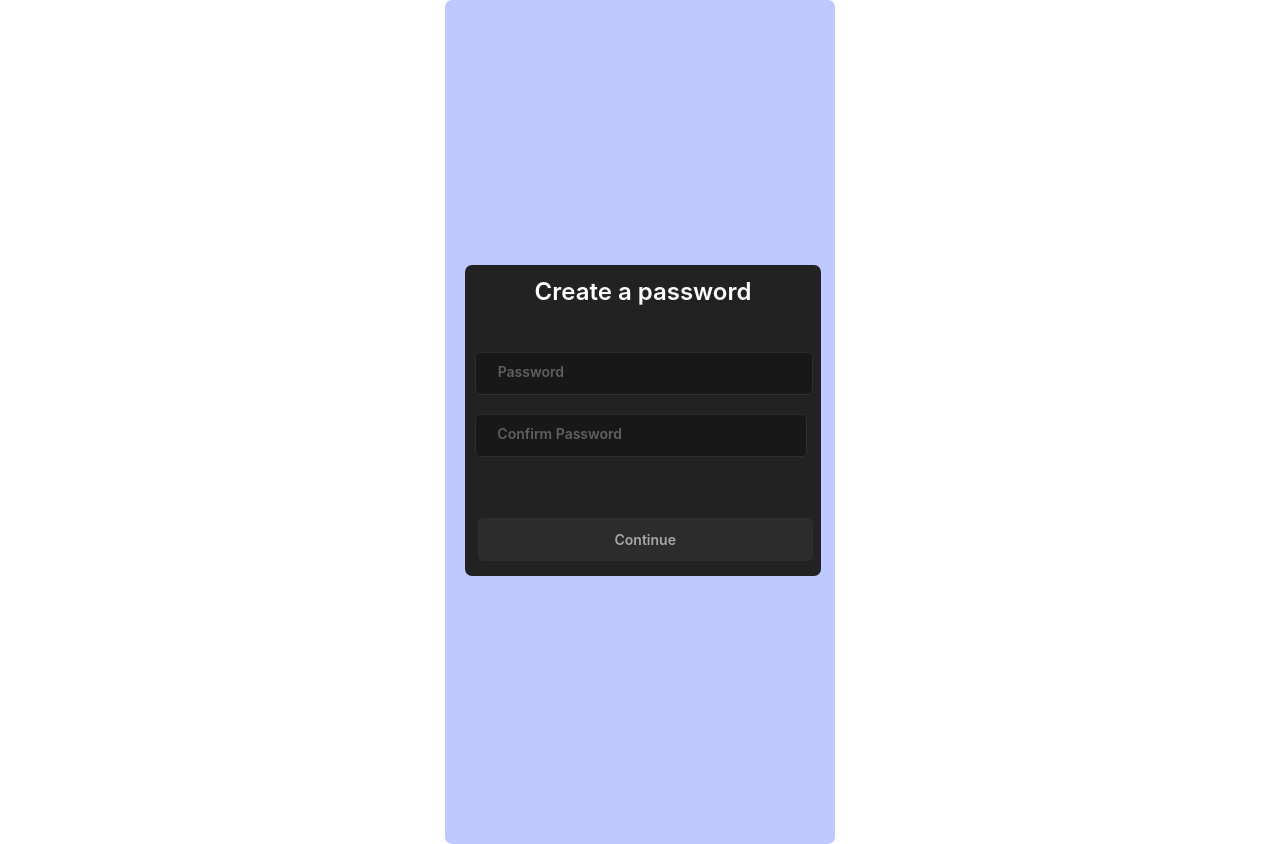
Repository: krishbains/CryptoWallet
Page: /
An editor plug-in stored every save of this project. The page is shown before and after the next save, followed by the edit.
The browser window is 1280 px wide. The pictures show the whole page.
The project was rebuilt for these pictures with package versions that can differ from the ones it lists, and the page was loaded fresh each time. Also part of the build but not shown: src/components/basepage/basepage.jsx, src/components/startingpage/startingpage.jsx.

Above is the page before, as saved 2024-03-28 15:58:36.

### src/App.js
import './App.css';
import BasePage from './components/basepage/basepage';
import StartingPage from './components/startingpage/startingpage';
import CreateWallet from './components/createwallet/createwallet';

function App() {
  return (
    <div className="App">
      {/* <BasePage/> */}
      {/* <StartingPage/> */}
      <CreateWallet />
    </div>
  );
}

export default App;

### src/components/createwallet/createwallet.jsx
import React from 'react';
import './create_wallet.css';

export default function CreateWallet() {
  return (
    <div className='main-container'>
      <div className='main-frame-background'>
        <div className='main-frame'>
          <span className='create-password'>Create a password</span>
          <div className='password-input'>
            <span className='password-input-1'>Password</span>
          </div>
          <div className='confirm-password-input'>
            <span className='confirm-password'>Confirm Password</span>
          </div>
          <div className='continue-button'>
            <span className='continue'>Continue</span>
          </div>
        </div>
      </div>
    </div>
  );
}

### src/components/basepage/base_page.css
:root {
  --default-font-family: -apple-system, BlinkMacSystemFont, "Segoe UI", Roboto,
    Ubuntu, "Helvetica Neue", Helvetica, Arial, "PingFang SC",
    "Hiragino Sans GB", "Microsoft Yahei UI", "Microsoft Yahei",
    "Source Han Sans CN", sans-serif;
}

.main-container {
  overflow: hidden;
}

.main-container,
.main-container * {
  box-sizing: border-box;
}

input,
select,
textarea,
button {
  outline: 0;
}

.main-container {
  position: relative;
  width: 390px;
  height: 844px;
  margin: 0 auto;

}
.main-frame-background {
  position: relative;
  width: 390px;
  height: 844px;
  margin: 0 0 0 0;
  background: #262626;
  z-index: 1;
  overflow: visible auto;
  border-radius: 7px;
}
.account-bar {
  position: relative;
  width: 375px;
  height: 58px;
  margin: 0 0 0 0;
  background: #222222;
  z-index: 3;
  border-radius: 7px 7px 0 0;
}
.account {
  display: flex;
  align-items: flex-start;
  justify-content: flex-start;
  position: absolute;
  height: 47.455px;
  top: 5.273px;
  left: 128.397px;
  color: #ffffff;
  font-family: Kantumruy, var(--default-font-family);
  font-size: 20px;
  font-weight: 400;
  line-height: 36.133px;
  text-align: left;
  white-space: nowrap;
  z-index: 4;
}
.vector {
  position: absolute;
  width: 7.07%;
  height: 40.91%;
  top: 29.55%;
  left: 4.62%;
  background: url(../assets/images/45246d70-5334-4404-8daa-30d76e51f1e5.png)
    no-repeat center;
  background-size: 100% 100%;
  z-index: 6;
}
.rectangle {
  position: relative;
  width: 333.22px;
  height: 131.818px;
  margin: 26.364px 0 0 20.38px;
  background: #74dd98;
  border: 2px solid #2e2e2e;
  z-index: 60;
  border-radius: 16px;
  box-shadow: 0 4px 4px 0 rgba(0, 0, 0, 0.25);
}
.flex-column-be {
  position: absolute;
  width: 40.67%;
  height: 76%;
  top: 10.48%;
  left: 5.52%;
  font-size: 0px;
  z-index: 65;
}
.current-balance {
  display: block;
  position: relative;
  height: 31.636px;
  margin: 0 0 0 0;
  color: #272727;
  font-family: Poppins, var(--default-font-family);
  font-size: 16px;
  font-weight: 600;
  line-height: 24px;
  text-align: left;
  white-space: nowrap;
  z-index: 65;
}
.currency {
  display: block;
  position: relative;
  height: 47.455px;
  margin: 21.091px 0 0 0;
  color: #1d1d1d;
  font-family: Poppins, var(--default-font-family);
  font-size: 24px;
  font-weight: 700;
  line-height: 36px;
  text-align: left;
  white-space: nowrap;
  z-index: 64;
}
.percentage {
  display: flex;
  align-items: center;
  justify-content: flex-start;
  position: absolute;
  height: 23.727px;
  top: 77.091px;
  right: 92.769px;
  color: #2e2e2e;
  font-family: Inter, var(--default-font-family);
  font-size: 14.819188117980957px;
  font-weight: 700;
  line-height: 17.935px;
  text-align: left;
  white-space: nowrap;
  z-index: 62;
}
.arrow-up {
  position: absolute;
  width: 3.68%;
  height: 12.04%;
  top: 60.34%;
  left: 52%;
  background: url(../assets/images/10aa10bc-5b7c-4b32-8284-2e646e5b7f8e.png)
    no-repeat center;
  background-size: 100% 100%;
  z-index: 63;
  overflow: hidden;
  border-radius: 16px;
}
.flex-row-afb {
  display: flex;
  align-items: center;
  justify-content: space-between;
  position: relative;
  width: 324.736px;
  height: 50.091px;
  margin: 39.545px 0 0 22.418px;
  z-index: 57;
}
.transfer-button {
  flex-shrink: 0;
  position: relative;
  width: 102.589px;
  height: 50.091px;
  background: #74dd98;
  border: 2px solid #393939;
  z-index: 57;
  border-radius: 20px;
  box-sizing: content-box;
}
.transfer {
  display: flex;
  align-items: flex-start;
  justify-content: flex-start;
  position: absolute;
  height: 25.045px;
  top: 11.864px;
  left: 21.702px;
  color: #222222;
  font-family: Inter, var(--default-font-family);
  font-size: 14px;
  font-weight: 600;
  line-height: 16.943px;
  text-align: left;
  white-space: nowrap;
  z-index: 58;
}
.deposit-button {
  flex-shrink: 0;
  position: relative;
  width: 102.589px;
  height: 50.091px;
  background: #74dd98;
  border: 2px solid #393939;
  z-index: 54;
  border-radius: 20px;
  box-sizing: content-box;
  box-shadow: 0 4px 4px 0 rgba(0, 0, 0, 0.25) inset;
}
.deposit {
  display: flex;
  align-items: flex-start;
  justify-content: flex-start;
  position: absolute;
  height: 25.045px;
  top: 11.864px;
  left: 23.674px;
  color: #28272a;
  font-family: Inter, var(--default-font-family);
  font-size: 14px;
  font-weight: 600;
  line-height: 16.943px;
  text-align: left;
  white-space: nowrap;
  z-index: 55;
  text-shadow: 0 4px 4px rgba(0, 0, 0, 0.25);
}
.receive-button {
  flex-shrink: 0;
  position: relative;
  width: 102.589px;
  height: 50.091px;
  background: #74dd98;
  border: 2px solid #393939;
  z-index: 51;
  border-radius: 20px;
  box-sizing: content-box;
}
.withdraw {
  display: flex;
  align-items: flex-start;
  justify-content: flex-start;
  position: absolute;
  height: 25.045px;
  top: 11.864px;
  left: 16.77px;
  color: #28272a;
  font-family: Inter, var(--default-font-family);
  font-size: 14px;
  font-weight: 600;
  line-height: 16.943px;
  text-align: left;
  white-space: nowrap;
  z-index: 52;
}
.holdings-background {
  position: relative;
  width: 353.601px;
  height: 395.455px;
  margin: 39.545px 0 0 10.19px;
  background: url(../assets/images/080edce0-6464-4538-901a-cff2fcb1b786.png)
    no-repeat center;
  background-size: cover;
  z-index: 46;
  overflow: visible auto;
}
.flex-row {
  display: flex;
  align-items: center;
  justify-content: space-between;
  position: relative;
  width: 327.106px;
  height: 26.364px;
  margin: 14.5px 0 0 9.171px;
  z-index: 48;
}
.holdings {
  flex-shrink: 0;
  position: relative;
  height: 26.364px;
  color: #ffffff;
  font-family: Poppins, var(--default-font-family);
  font-size: 15px;
  font-weight: 700;
  line-height: 20px;
  text-align: left;
  white-space: nowrap;
  z-index: 48;
}
.see-all {
  flex-shrink: 0;
  position: relative;
  height: 21.091px;
  color: #ffffff;
  font-family: Poppins, var(--default-font-family);
  font-size: 14px;
  font-weight: 500;
  line-height: 16px;
  text-align: left;
  text-decoration: underline;
  white-space: nowrap;
  z-index: 47;
}
.flex-row-fa {
  position: relative;
  width: 338.315px;
  height: 59.318px;
  margin: 11.864px 0 0 12.228px;
  z-index: 45;
}
.eth-icon {
  position: absolute;
  width: 14.46%;
  height: 100%;
  top: 0;
  left: 0;
  background: url(../assets/images/b7ec6f21-89a5-45ad-a6ac-5ef64cc5c58f.png)
    no-repeat center;
  background-size: 100% 100%;
  z-index: 44;
}
.pound-amount {
  display: flex;
  align-items: center;
  justify-content: flex-start;
  position: absolute;
  height: 31.636px;
  top: 1.318px;
  right: 0;
  color: #ffffff;
  font-family: Poppins, var(--default-font-family);
  font-size: 16px;
  font-weight: 700;
  line-height: 24px;
  text-align: left;
  white-space: nowrap;
  z-index: 41;
}
.ethereum {
  display: flex;
  align-items: flex-start;
  justify-content: flex-start;
  position: absolute;
  height: 53.33%;
  top: 6.67%;
  left: 18.31%;
  color: #ffffff;
  font-family: Poppins, var(--default-font-family);
  font-size: 16px;
  font-weight: 700;
  line-height: 24px;
  text-align: left;
  white-space: nowrap;
  z-index: 43;
}
.graph-eth {
  position: absolute;
  width: 68.054px;
  height: 34.744px;
  top: 10.34px;
  left: 167.178px;
  background: url(../assets/images/f28026c0-2074-47fa-8fcf-f2ae30d66aa1.png)
    no-repeat center;
  background-size: cover;
  z-index: 45;
}
.eth {
  display: flex;
  align-items: flex-start;
  justify-content: flex-start;
  position: absolute;
  height: 46.67%;
  top: 53.33%;
  left: 18.31%;
  color: #6c757d;
  font-family: Poppins, var(--default-font-family);
  font-size: 14px;
  font-weight: 400;
  line-height: 21px;
  text-align: left;
  white-space: nowrap;
  z-index: 42;
}
.eth-amount {
  display: flex;
  align-items: center;
  justify-content: flex-start;
  position: absolute;
  height: 19.773px;
  top: 35.591px;
  right: 5.095px;
  color: #6c757d;
  font-family: Poppins, var(--default-font-family);
  font-size: 10px;
  font-weight: 700;
  line-height: 15px;
  text-align: left;
  white-space: nowrap;
  z-index: 40;
}
.flex-row-eed {
  position: relative;
  width: 334.239px;
  height: 59.318px;
  margin: 31.636px 0 0 13.247px;
  z-index: 35;
}
.rectangle-1 {
  position: absolute;
  width: 48.913px;
  height: 59.318px;
  top: 0;
  left: 0;
  background: #212125;
  z-index: 34;
  border-radius: 6px;
}
.bitcoin-logo {
  position: relative;
  width: 22.418px;
  height: 29px;
  margin: 15.818px 0 0 13.247px;
  z-index: 36;
  overflow: hidden;
}
.group {
  position: relative;
  width: 16.199px;
  height: 29px;
  margin: 0 0 0 3.109px;
  z-index: 37;
}
.vector-2 {
  position: absolute;
  width: 100%;
  height: 100%;
  top: 0;
  left: 0;
  background: url(../assets/images/91116894-a53a-42bc-a648-6d4736a95ef9.png)
    no-repeat center;
  background-size: 100% 100%;
  z-index: 38;
}
.pound-amount-3 {
  display: flex;
  align-items: center;
  justify-content: flex-start;
  position: absolute;
  height: 31.636px;
  top: 1.318px;
  right: 0;
  color: #ffffff;
  font-family: Poppins, var(--default-font-family);
  font-size: 16px;
  font-weight: 700;
  line-height: 24px;
  text-align: left;
  white-space: nowrap;
  z-index: 29;
}
.bitcoin {
  display: flex;
  align-items: flex-start;
  justify-content: flex-start;
  position: absolute;
  height: 53.33%;
  top: 6.67%;
  left: 18.85%;
  color: #ffffff;
  font-family: Poppins, var(--default-font-family);
  font-size: 16px;
  font-weight: 700;
  line-height: 24px;
  text-align: left;
  white-space: nowrap;
  z-index: 32;
}
.graph-btc {
  position: absolute;
  width: 69.773px;
  height: 25.811px;
  top: 16.871px;
  left: 166.11px;
  background: url(../assets/images/b357d26c-909c-44e7-9281-c4edeaf9df15.png)
    no-repeat center;
  background-size: cover;
  z-index: 35;
}
.btc {
  display: flex;
  align-items: flex-start;
  justify-content: flex-start;
  position: absolute;
  height: 46.67%;
  top: 53.33%;
  left: 18.85%;
  color: #6c757d;
  font-family: Poppins, var(--default-font-family);
  font-size: 14px;
  font-weight: 400;
  line-height: 21px;
  text-align: left;
  white-space: nowrap;
  z-index: 31;
}
.btc-amount {
  display: flex;
  align-items: center;
  justify-content: flex-start;
  position: absolute;
  height: 19.773px;
  top: 35.591px;
  right: 1.235px;
  color: #6c757d;
  font-family: Poppins, var(--default-font-family);
  font-size: 10px;
  font-weight: 700;
  line-height: 15px;
  text-align: left;
  white-space: nowrap;
  z-index: 30;
}
.flex-row-d {
  position: relative;
  width: 333.22px;
  height: 59.318px;
  margin: 31.636px 0 0 14.266px;
  z-index: 26;
}
.rectangle-4 {
  position: absolute;
  width: 48.913px;
  height: 59.318px;
  top: 0;
  left: 0;
  background: #212125;
  z-index: 26;
  border-radius: 6px;
}
.vector-5 {
  position: relative;
  width: 20.38px;
  height: 26.364px;
  margin: 15.818px 0 0 14.266px;
  background: url(../assets/images/54097542-4e6a-4b7e-aa89-15c2462a3a01.png)
    no-repeat center;
  background-size: 100% 100%;
  z-index: 27;
}
.pound {
  display: flex;
  align-items: center;
  justify-content: flex-start;
  position: absolute;
  height: 31.636px;
  top: 1.318px;
  right: 0;
  color: #ffffff;
  font-family: Poppins, var(--default-font-family);
  font-size: 16px;
  font-weight: 700;
  line-height: 24px;
  text-align: left;
  white-space: nowrap;
  z-index: 21;
}
.bitcoin-litecoin {
  display: flex;
  align-items: flex-start;
  justify-content: flex-start;
  position: absolute;
  height: 53.33%;
  top: 6.67%;
  left: 18.9%;
  color: #ffffff;
  font-family: Poppins, var(--default-font-family);
  font-size: 16px;
  font-weight: 700;
  line-height: 24px;
  text-align: left;
  white-space: nowrap;
  z-index: 24;
}
.graph-eth-6 {
  position: absolute;
  width: 68.054px;
  height: 34.744px;
  top: 12.411px;
  left: 166.619px;
  background: url(../assets/images/5a5ba27f-919b-4bf2-a698-b63f6a62aeda.png)
    no-repeat center;
  background-size: cover;
  z-index: 20;
}
.ltc {
  display: flex;
  align-items: flex-start;
  justify-content: flex-start;
  position: absolute;
  height: 46.67%;
  top: 53.33%;
  left: 18.9%;
  color: #6c757d;
  font-family: Poppins, var(--default-font-family);
  font-size: 14px;
  font-weight: 400;
  line-height: 21px;
  text-align: left;
  white-space: nowrap;
  z-index: 23;
}
.ltc-amount {
  display: flex;
  align-items: center;
  justify-content: flex-start;
  position: absolute;
  height: 19.773px;
  top: 35.591px;
  right: 0px;
  color: #6c757d;
  font-family: Poppins, var(--default-font-family);
  font-size: 10px;
  font-weight: 700;
  line-height: 15px;
  text-align: left;
  white-space: nowrap;
  z-index: 22;
}
.flex-row-cdef {
  position: relative;
  width: 333.22px;
  height: 59.318px;
  margin: 31.636px 0 0 9.171px;
  z-index: 16;
}
.rectangle-7 {
  position: absolute;
  width: 48.913px;
  height: 59.318px;
  top: 0;
  left: 0;
  background: #212125;
  z-index: 16;
  border-radius: 6px;
}
.xrp-alt {
  position: relative;
  width: 22.418px;
  height: 29px;
  margin: 15.818px 0 0 13.247px;
  z-index: 17;
  overflow: hidden;
}
.xrp {
  position: relative;
  width: 21.219px;
  height: 28.881px;
  margin: 0.12px 0 0 0.59px;
  background: url(../assets/images/051f1be4-0ac0-4825-8185-528ab2f2c210.png)
    no-repeat center;
  background-size: 100% 100%;
  z-index: 18;
}
.pound-8 {
  display: flex;
  align-items: center;
  justify-content: flex-start;
  position: absolute;
  height: 31.636px;
  top: 1.318px;
  right: 0px;
  color: #ffffff;
  font-family: Poppins, var(--default-font-family);
  font-size: 16px;
  font-weight: 700;
  line-height: 24px;
  text-align: left;
  white-space: nowrap;
  z-index: 11;
}
.ripple {
  display: flex;
  align-items: flex-start;
  justify-content: flex-start;
  position: absolute;
  height: 53.33%;
  top: 6.67%;
  left: 18.9%;
  color: #ffffff;
  font-family: Poppins, var(--default-font-family);
  font-size: 16px;
  font-weight: 700;
  line-height: 24px;
  text-align: left;
  white-space: nowrap;
  z-index: 14;
}
.graph-eth-9 {
  position: absolute;
  width: 68.054px;
  height: 34.744px;
  top: 12.411px;
  left: 166.619px;
  background: url(../assets/images/47c54188-5354-4b07-969a-d62b24e173eb.png)
    no-repeat center;
  background-size: cover;
  z-index: 10;
}
.btc-a {
  display: flex;
  align-items: flex-start;
  justify-content: flex-start;
  position: absolute;
  height: 46.67%;
  top: 53.33%;
  left: 18.9%;
  color: #6c757d;
  font-family: Poppins, var(--default-font-family);
  font-size: 14px;
  font-weight: 400;
  line-height: 21px;
  text-align: left;
  white-space: nowrap;
  z-index: 13;
}
.ltc-b {
  display: flex;
  align-items: center;
  justify-content: flex-start;
  position: absolute;
  height: 19.773px;
  top: 35.591px;
  right: 0;
  color: #6c757d;
  font-family: Poppins, var(--default-font-family);
  font-size: 10px;
  font-weight: 700;
  line-height: 15px;
  text-align: left;
  white-space: nowrap;
  z-index: 12;
}

### src/components/startingpage/starting_page.css
:root {
    --default-font-family: -apple-system, BlinkMacSystemFont, "Segoe UI", Roboto,
      Ubuntu, "Helvetica Neue", Helvetica, Arial, "PingFang SC",
      "Hiragino Sans GB", "Microsoft Yahei UI", "Microsoft Yahei",
      "Source Han Sans CN", sans-serif;
  }

  .main-container {
    overflow: hidden;
  }

  .main-container,
  .main-container * {
    box-sizing: border-box;
  }

  input,
  select,
  textarea,
  button {
    outline: 0;
  }

  .main-container {
    position: relative;
    width: 390px;
    height: 844px;
    margin: 0 auto;

  }
  .main-frame-background1 {
    position: absolute;
    width: 390px;
    height: 844px;
    top: 0;
    left: 0;
    background: #bfc9ff;
    z-index: 1;
    border-radius: 7px;
  }
  .main-frame {
    position: relative;
    width: 333px;
    height: 385px;
    margin: 226px 0 0 28px;
    font-size: 0px;
    background: #222222;
    z-index: 2;
    overflow: visible auto;
    border-radius: 7px;
  }
  .welcome-to {
    display: flex;
    align-items: flex-start;
    justify-content: center;
    position: relative;
    width: 103.837px;
    height: 22.803px;
    margin: 17.308px 0 0 24.374px;
    color: #999999;
    font-family: Actor, var(--default-font-family);
    font-size: 20px;
    font-weight: 400;
    line-height: 22.803px;
    text-align: center;
    white-space: nowrap;
    z-index: 11;
  }
  .crypto-wallet {
    display: block;
    position: relative;
    height: 61.757px;
    margin: 18.052px 0 0 46.553px;
    color: #ffffff;
    font-family: Kantumruy, var(--default-font-family);
    font-size: 34px;
    font-weight: 700;
    line-height: 61.426px;
    text-align: left;
    white-space: nowrap;
    z-index: 9;
  }
  .new-wallet {
    display: flex;
    align-items: flex-start;
    justify-content: center;
    position: relative;
    width: 298.406px;
    height: 43.705px;
    margin: 21.853px 0 0 21.35px;
    color: #999999;
    font-family: Actor, var(--default-font-family);
    font-size: 17px;
    font-weight: 400;
    line-height: 20.451px;
    text-align: center;
    z-index: 10;
  }
  .new-wallet-box {
    position: relative;
    width: 281px;
    height: 39px;
    margin: 79.522px 0 0 26px;
    background: #74dd98;
    z-index: 4;
    border-radius: 5px;
  }
  .create-wallet {
    display: flex;
    align-items: flex-start;
    justify-content: flex-start;
    position: absolute;
    height: 18.052px;
    top: 10.739px;
    left: 76px;
    color: #222222;
    font-family: Inter, var(--default-font-family);
    font-size: 14px;
    font-weight: 600;
    line-height: 16.943px;
    text-align: left;
    white-space: nowrap;
    z-index: 5;
  }
  .existing-wallet-box {
    position: relative;
    width: 281px;
    height: 39px;
    margin: 8px 0 0 26px;
    background: #333333;
    z-index: 7;
    border-radius: 5px;
  }
  .have-wallet {
    display: flex;
    align-items: flex-start;
    justify-content: flex-start;
    position: absolute;
    height: 18.052px;
    top: 10.295px;
    left: 65.919px;
    color: #ffffff;
    font-family: Inter, var(--default-font-family);
    font-size: 14px;
    font-weight: 600;
    line-height: 16.943px;
    text-align: left;
    white-space: nowrap;
    z-index: 8;
  }

### src/components/createwallet/create_wallet.css
:root {
    --default-font-family: -apple-system, BlinkMacSystemFont, "Segoe UI", Roboto,
      Ubuntu, "Helvetica Neue", Helvetica, Arial, "PingFang SC",
      "Hiragino Sans GB", "Microsoft Yahei UI", "Microsoft Yahei",
      "Source Han Sans CN", sans-serif;
  }

  .main-container {
    overflow: hidden;
  }

  .main-container,
  .main-container * {
    box-sizing: border-box;
  }

  input,
  select,
  textarea,
  button {
    outline: 0;
  }

  .main-container {
    position: relative;
    width: 390px;
    height: 844px;
    margin: 0 auto;
  }
  .main-frame-background {
    position: absolute;
    width: 390px;
    height: 844px;
    top: 0;
    left: 0;
    background: #bfc9ff;
    z-index: 1;
    border-radius: 7px;
  }
  .main-frame {
    position: relative;
    width: 356px;
    height: 311px;
    margin: 265px 0 0 20px;
    font-size: 0px;
    background: #222222;
    z-index: 3;
    overflow: visible auto;
    border-radius: 7px;
  }
  .create-password {
    display: flex;
    align-items: flex-start;
    justify-content: center;
    position: relative;
    width: 221.545px;
    height: 29px;
    margin: 12px 0 0 67.236px;
    color: #ffffff;
    font-family: Inter, var(--default-font-family);
    font-size: 24px;
    font-weight: 600;
    line-height: 29px;
    text-align: center;
    white-space: nowrap;
    z-index: 4;
  }
  .password-input {
    position: relative;
    width: 335.366px;
    height: 41px;
    margin: 46px 0 0 10.325px;
    background: #181818;
    border: 1px solid #2e2e2e;
    z-index: 9;
    border-radius: 5px;
    box-sizing: content-box;
  }
  .password-input-1 {
    display: flex;
    align-items: flex-start;
    justify-content: flex-start;
    position: absolute;
    height: 19px;
    top: 11px;
    left: 21.341px;
    color: #606060;
    font-family: Inter, var(--default-font-family);
    font-size: 14px;
    font-weight: 600;
    line-height: 16.943px;
    text-align: left;
    white-space: nowrap;
    z-index: 10;
  }
  .confirm-password-input {
    position: relative;
    width: 330px;
    height: 41px;
    margin: 19px 0 0 10.325px;
    background: #181818;
    border: 1px solid #2e2e2e;
    z-index: 13;
    border-radius: 5px;
    box-sizing: content-box;
  }
  .confirm-password {
    display: flex;
    align-items: flex-start;
    justify-content: flex-start;
    position: absolute;
    height: 19px;
    top: 11px;
    left: 21px;
    color: #606060;
    font-family: Inter, var(--default-font-family);
    font-size: 14px;
    font-weight: 600;
    line-height: 16.943px;
    text-align: left;
    white-space: nowrap;
    z-index: 14;
  }
  .continue-button {
    position: relative;
    width: 332.317px;
    height: 41px;
    margin: 61px 0 0 13.374px;
    background: #2c2c2c;
    border: 1px solid #2e2e2e;
    z-index: 6;
    border-radius: 5px;
    box-sizing: content-box;
  }
  .continue {
    display: flex;
    align-items: flex-start;
    justify-content: flex-start;
    position: absolute;
    height: 14.426px;
    top: 14px;
    left: 135.163px;
    color: #a7a7a7;
    font-family: Inter, var(--default-font-family);
    font-size: 14px;
    font-weight: 600;
    line-height: 14.426px;
    text-align: left;
    white-space: nowrap;
    z-index: 7;
  }

Loaded but not shown: public/index.html (common file); src/index.js (common file); src/index.css (common file); src/reportWebVitals.js (common file); src/App.css (common file)

After the next save:
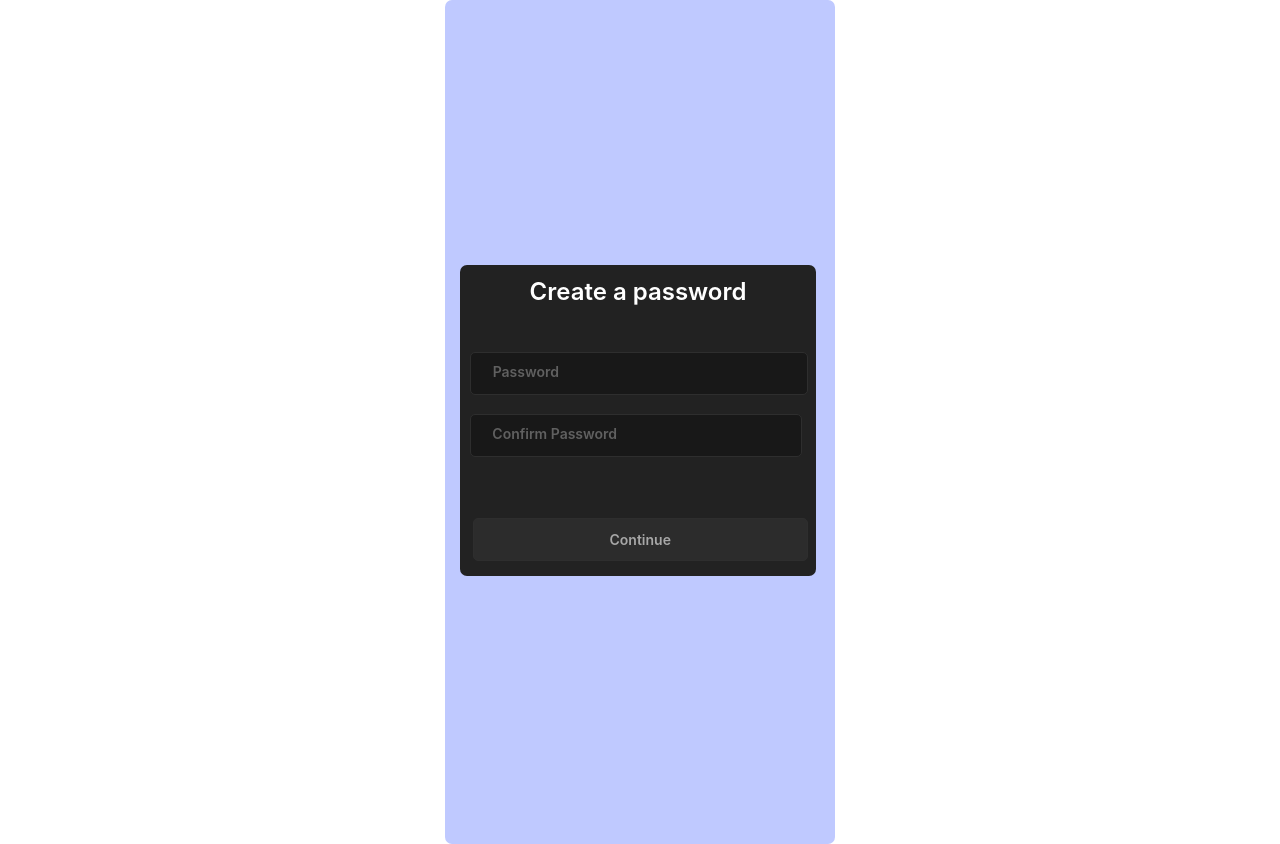
Saved 10 s later.
--- a/src/components/createwallet/create_wallet.css
+++ b/src/components/createwallet/create_wallet.css
@@ -41,7 +41,7 @@
     position: relative;
     width: 356px;
     height: 311px;
-    margin: 265px 0 0 20px;
+    margin: 265px 0 0 15px;
     font-size: 0px;
     background: #222222;
     z-index: 3;
